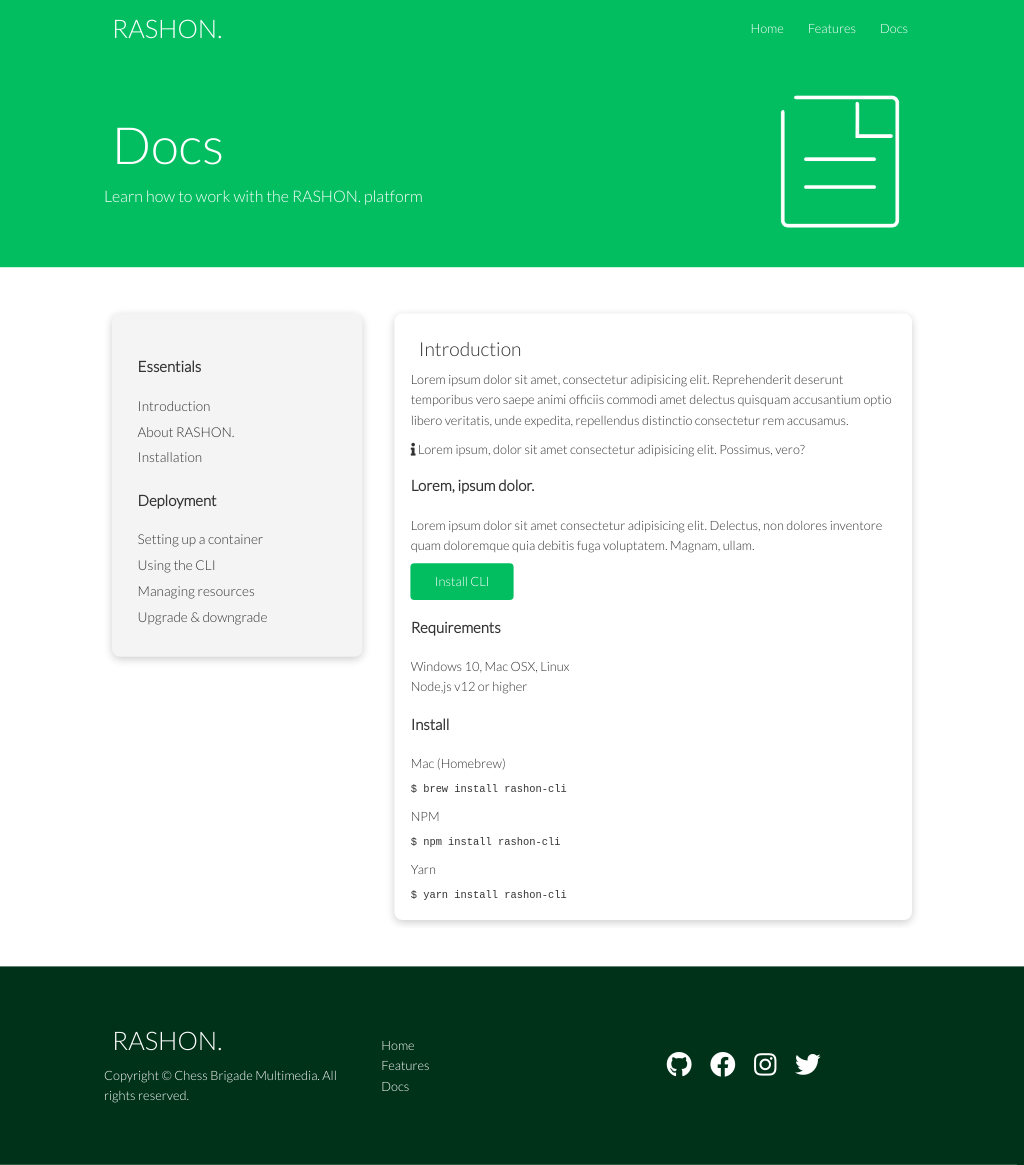
Repository: Skilis/website-modern
Page: docs.html
An editor plug-in stored every save of this project. The page is shown before and after the next save, followed by the edit.
The browser window is 1280 px wide. The pictures show the whole page, at 80% of full size.

Above is the page before, as saved 2020-10-24 12:43:53.

### docs.html
<!DOCTYPE html>
<html lang="en">

<head>
  <meta charset="UTF-8">
  <meta name="viewport" content="width=device-width, initial-scale=1.0">
  <link rel="stylesheet" href="https://cdnjs.cloudflare.com/ajax/libs/font-awesome/5.15.1/css/all.min.css"
    integrity="sha512-+4zCK9k+qNFUR5X+cKL9EIR+ZOhtIloNl9GIKS57V1MyNsYpYcUrUeQc9vNfzsWfV28IaLL3i96P9sdNyeRssA=="
    crossorigin="anonymous" />
  <link rel="stylesheet" href="css/utilities.css">
  <link rel="stylesheet" href="css/style.css">

  <title>Rashon | Cloud Hosting For The SuperPhly</title>
</head>

<body>
  <!-- Navbar-->
  <div class="navbar">
    <div class="container flex">
      <h1 class="logo">RASHON.</h1>
      <nav>
        <ul>
          <li><a href="index.html">Home</a></li>
          <li><a href="features.html">Features</a></li>
          <li><a href="docs.html">Docs</a></li>
        </ul>
      </nav>
    </div>

  </div>

  <!-- Head -->
  <section class="docs-head bg-primary py-3">
    <div class="container grid">
      <div>
        <h1 class="xl">Docs</h1>
        <p class="lead">Learn how to work with the RASHON. platform</p>
      </div>
      <img src="images/docs.png" alt="">
    </div>
  </section>

  <!-- Docs Main-->

  <section class="docs-main my-4">
    <div class="container grid">
      <div class="card bg-light p-3">
        <h3 class="my-2">Essentials</h3>
        <nav>
          <ul>
            <li><a href="#">Introduction</a></li>
            <li><a href="#">About RASHON.</a></li>
            <li><a href="#">Installation</a></li>
          </ul>
        </nav>


        <h3 class="my-2">Deployment</h3>
        <nav>
          <ul>
            <li><a href="#">Setting up a container</a></li>
            <li><a href="#">Using the CLI</a></li>
            <li><a href="#">Managing resources</a></li>
            <li><a href="#">Upgrade & downgrade</a></li>
          </ul>
        </nav>
      </div>

      <div class="card">
        <h2>Introduction</h2>
        <p>Lorem ipsum dolor sit amet, consectetur adipisicing elit. Reprehenderit deserunt temporibus vero saepe animi
          officiis commodi amet delectus quisquam accusantium optio libero veritatis, unde expedita, repellendus
          distinctio consectetur rem accusamus.</p>

        <div class="alert alert-success">
          <i class="fas fa-info"></i> Lorem ipsum, dolor sit amet consectetur adipisicing elit. Possimus, vero?
        </div>

        <h3>Lorem, ipsum dolor.</h3>

        <p>Lorem ipsum dolor sit amet consectetur adipisicing elit. Delectus, non dolores inventore quam doloremque quia
          debitis fuga voluptatem. Magnam, ullam.</p>

        <a href="#" class="btn btn-primary">Install CLI</a>

        <h3>Requirements</h3>
        <ul>
          <li>Windows 10, Mac OSX, Linux</li>
          <li>Node,js v12 or higher</li>
        </ul>

        <h3>Install</h3>
        <p>Mac (Homebrew)</p>
        <pre><code>$ brew install rashon-cli</code></pre>
        <p>NPM</p>
        <pre><code>$ npm install rashon-cli</code></pre>
        <p>Yarn</p>
        <pre><code>$ yarn install rashon-cli</code></pre>

      </div>
    </div>

  </section>



  <!-- Footer -->

  <footer class="footer bg-dark py-5">
    <div class="container grid grid-3">
      <div>
        <h1>RASHON.</h1>
        <p>Copyright &copy; Chess Brigade Multimedia. All rights reserved.</p>
      </div>
      <nav>
        <ul>
          <li><a href="index.html">Home</a></li>
          <li><a href="features.html">Features</a></li>
          <li><a href="docs.html">Docs</a></li>
        </ul>
      </nav>
      <div class="social">
        <a href="https://skilis.github.io/CBMM-Development/"><i class="fab fa-github fa-2x"></i></a>
        <a href="https://www.facebook.com/ChessChessBrigadeInc/"><i class="fab fa-facebook fa-2x"></i></a>
        <a href="https://www.instagram.com/skilis_creates/"><i class="fab fa-instagram fa-2x"></i></a>
        <a href="https://twitter.com/skilisthedon"><i class="fab fa-twitter fa-2x"></i></a>
      </div>
    </div>
  </footer>


</body>

</html>

### css/utilities.css
.container {
  max-width: 1100px;
  margin: 0 auto;
  overflow: auto;
  padding: 0 40px;
}

.card {
  background-color: #fff;
  color: #333;
  border-radius: 10px;
  box-shadow: 0 3px 10px rgba(0, 0, 0, 0.2);
  padding: 20px;
  margin: 10px;
}

.btn {
  display: inline-block;
  padding: 10px 30px;
  cursor: pointer;
  background: var(--primary-color);
  color: #fff;
  border: none;
  border-radius: 5px;
}

.btn-outline {
  background-color: transparent;
  border: 1px #fff solid;
}

.btn:hover {
  transform: scale(.98);
}

/* Backgrounds & Colored Buttons */

.bg-primary,
.btn-primary {
  background-color: var(--primary-color);
  color: #fff;
}

.bg-secondary,
.btn-secondary {
  background-color: var(--secondary-color);
  color: #fff;
}

.bg-dark,
.btn-dark {
  background-color: var(--dark-color);
  color: #fff;
}

.bg-primary a,
.btn-primary a,
.bg-secondary a,
.btn-secondary a,
.bg-dark a,
.btn-dark a {
  color: #fff;
}

.bg-light,
.btn-light {
  background-color: var(--light-color);
  color: #333;
}

/* Text Sizes */

.lead {
  font-size: 20px;
}

.sm {
  font-size: 1rem;
}

.md {
  font-size: 2rem;
}

.lg {
  font-size: 3rem;
}

.xl {
  font-size: 4rem;
}

.text-center {
  text-align: center;
}

.flex {
  display: flex;
  justify-content: center;
  align-items: center;
  height: 100%;
}

.grid {
  display: grid;
  grid-template-columns: repeat(2, 1fr);
  gap: 20px;
  justify-content: center;
  align-items: center;
  height: 100%;
}

.grid-3 {
  grid-template-columns: repeat(3, 1fr);
}

/* Margin */

.my-1 {
  margin: 1rem;
}

.my-2 {
  margin: 1.5rem 0;
}

.my-3 {
  margin: 2rem 0;
}

.my-4 {
  margin: 3rem 0;
}

.my-5 {
  margin: 4rem 0;
}

.m-1 {
  margin: 1rem;
}

.m-2 {
  margin: 1.5rem;
}

.m-3 {
  margin: 2rem;
}

.m-4 {
  margin: 3rem;
}

.m-5 {
  margin: 4rem;
}

/* Padding */

.py-1 {
  padding: 1rem;
}

.py-2 {
  padding: 1.5rem 0;
}

.py-3 {
  padding: 2rem 0;
}

.py-4 {
  padding: 3rem 0;
}

.py-5 {
  padding: 4rem 0;
}

.p-1 {
  padding: 1rem;
}

.p-2 {
  padding: 1.5rem;
}

.p-3 {
  padding: 2rem;
}

.p-4 {
  padding: 3rem;
}

.p-5 {
  padding: 4rem;
}

### css/style.css
@import url('https://fonts.googleapis.com/css2?family=Lato:wght@300&display=swap');

:root {
  --primary-color: #03be61;
  --secondary-color: #026e38;
  --dark-color: #003119;
  --light-color: #f4f4f4;
}

* {
  box-sizing: border-box;
  padding: 0;
  margin: 0;
}

body {
  font-family: 'Lato', sans-serif;
  color: #333;
  line-height: 1.6;
}

ul {
  list-style-type: none;
}

a {
  text-decoration: none;
  color: #333;
}

h1,
h2 {
  font-weight: 300;
  line-height: 1.2;
  margin: 10px;
}

p {
  margin: 10px 0;
}

img {
  width: 100%;
}

/* Navrbar*/

.navbar {
  background-color: var(--primary-color);
  color: #fff;
  height: 70px;
}

.navbar ul {
  display: flex;
}

.navbar a {
  color: #fff;
  padding: 10px;
  margin: 0 5px;
}

.navbar a:hover {
  border-bottom: 2px white solid;
}

.navbar .flex {
  justify-content: space-between;
}

/* Showcase*/

.showcase {
  height: 400px;
  background-color: var(--primary-color);
  color: white;
  position: relative;
}

.showcase h1 {
  font-size: 40px;
}

.showcase p {
  margin: 20px 0;
}

.showcase .grid {
  overflow: visible;
  grid-template-columns: 55% 45%;
  gap: 30px;
}

.showcase-form {
  position: relative;
  top: 60px;
  height: 350px;
  width: 400px;
  padding: 40px;
  z-index: 100;
}

.showcase-form .form-control {
  margin: 30px 0;
}

.showcase-form input[type='text'],
.showcase-form input[type='email'] {
  border: 0;
  border-bottom: 1px solid #b4becb;
  width: 100%;
  padding: 3px;
  font-size: 16px;
}

.showcase-form input:focus {
  outline: none;
}

.showcase::before,
.showcase::after {
  content: '';
  position: absolute;
  height: 100px;
  bottom: -70px;
  right: 0;
  left: 0;
  background: white;
  transform: skewY(-3deg);
  -webkit-transform: skewY(-3deg);
  -moz-transform: skewY(-3deg);
  -ms-transform: skewY(-3deg);
}

/* Stats */

.stats {
  padding-top: 100px;
}

.stats-heading {
  max-width: 500px;
  margin: auto;
}

.stats .grid h3 {
  font-size: 35px;
}

.stats .grid p {
  font-size: 20px;
  font-weight: bold;
}

/* Cli */

.cli .grid {
  grid-template-columns: repeat(3, 1fr);
  grid-template-rows: repeat(2, 1fr);
}

.cli .grid>*:first-child {
  grid-column: 1 / span 2;
  grid-row: 1 / span 2;
}

/* Cloud */

.cloud .grid {
  grid-template-columns: 4fr 3fr;
}

/* Languages */

.languages .flex {
  flex-wrap: wrap;
}

.languages .card {
  text-align: center;
  margin: 18px 10px 40px;
  transition: transform 0.2s ease-in;
}

.languages .card h4 {
  font-size: 20px;
  margin-bottom: 10px;
}

.languages .card:hover {
  transform: translateY(-15px);
}

/* Features */

.features-head img,
.docs-head img {
  width: 200px;
  justify-self: flex-end;
}

.features-sub-head img {
  width: 300px;
  justify-self: flex-end;
}

.features-main .card>i {
  margin-right: 20px;
}

.features-main .grid {
  padding: 30px;
}

.features-main .grid>*:first-child {
  grid-column: 1 / span 3;
}

.features-main .grid>*:nth-child(2) {
  grid-column: 1 / span 2;
}

/* Docs */

.docs-main h3 {
  margin: 20px 0;
}

.docs-main .grid {
  grid-template-columns: 1fr 2fr;
  align-items: flex-start;
}

.docs-main nav li {
  font-size: 17px;
  padding-bottom: 5px;

}

/* Footer */

.footer .social a {
  margin: 0 10px;
}

/* Tablets and under*/

@media(max-width: 768px) {

  .grid,
  .showcase .grid,
  .stats .grid,
  .cli .grid,
  .cloud .grid {
    grid-template-columns: 1fr;
    grid-template-rows: 1fr;
  }

  .showcase {
    height: auto;
  }

  .showcase-text {
    text-align: center;
    margin-top: 40px;
  }

  .showcase-form {
    justify-self: center;
    margin: auto;
  }

  .cli .grid>*:first-child {
    grid-column: 1;
    grid-row: 1;
  }

}

/* Mobile*/

@media(max-width: 500px) {
  .navbar {
    height: 110px;
  }

  .navbar .flex {
    flex-direction: column;
  }

  .navbar ul {
    padding: 10px;
    background-color: rgba(0, 0, 0, 0.1);
  }
}

After the next save:
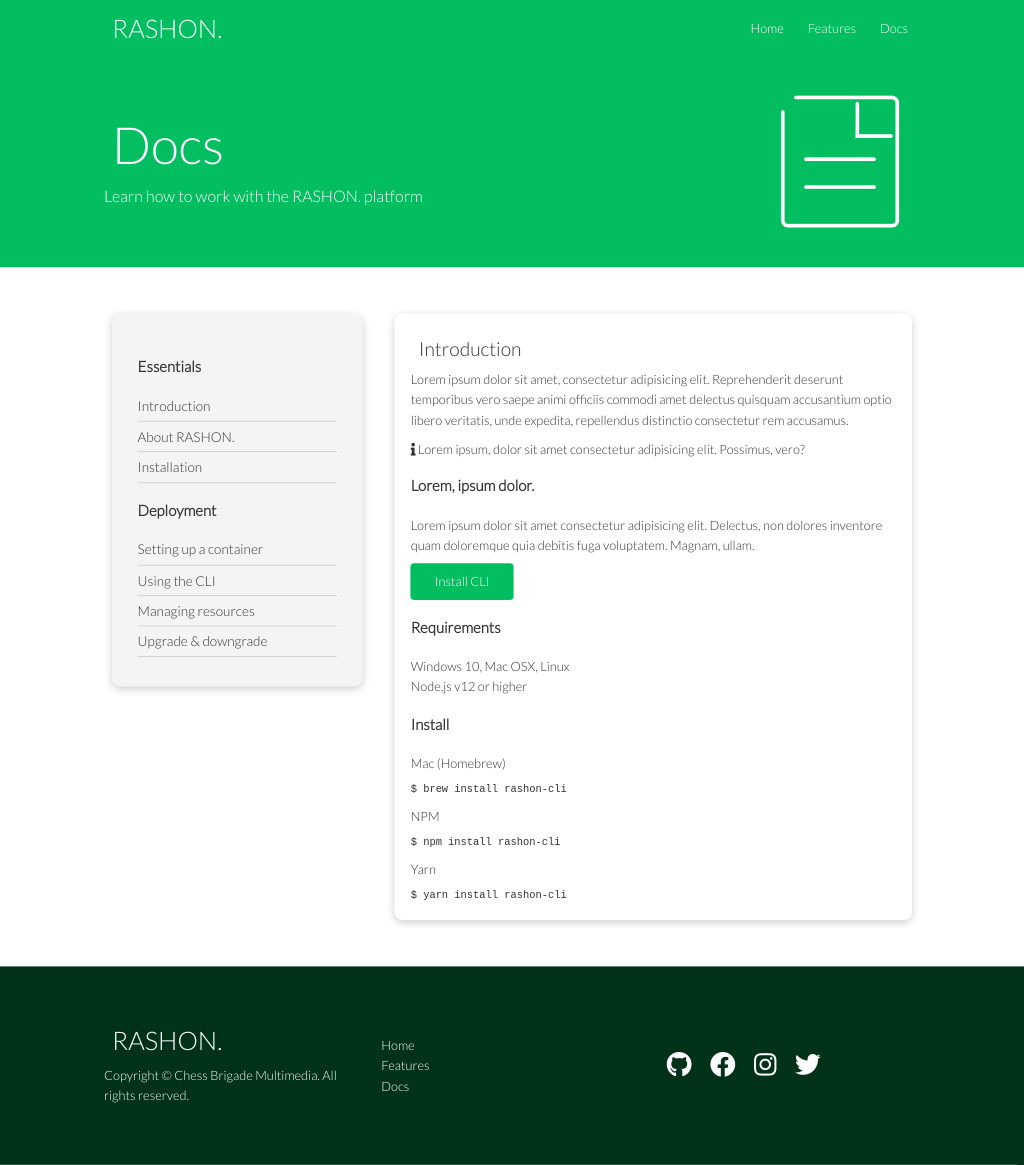
Saved 42 s later.
--- a/css/style.css
+++ b/css/style.css
@@ -235,7 +235,8 @@ img {
 .docs-main nav li {
   font-size: 17px;
   padding-bottom: 5px;
-
+  margin-bottom: 5px;
+  border-bottom: 1px #ccc solid;
 }
 
 /* Footer */
